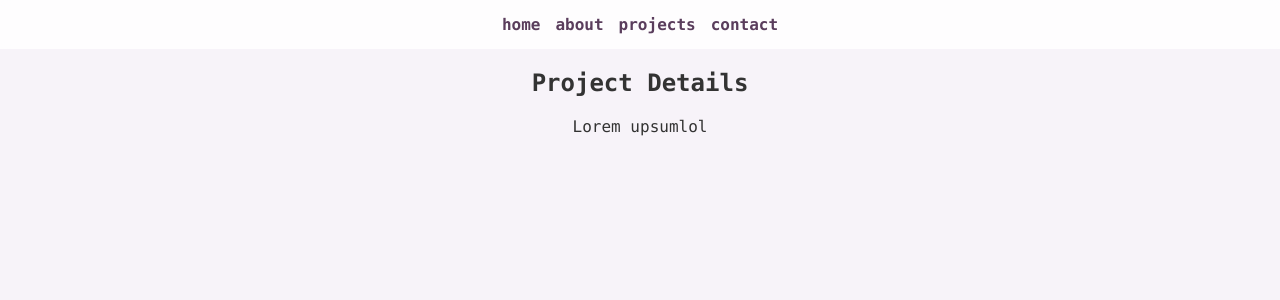
Repository: sarriah/sarriah
Page: pages/project1.html
The author's editor kept a copy of each file at every save. The page is drawn from the files as they stood at one save, then again after the next save.
The browser window is 1280 px wide. The pictures show the whole page.

Above is the page before, as saved 2026-05-15 19:37:03.

After the next save:
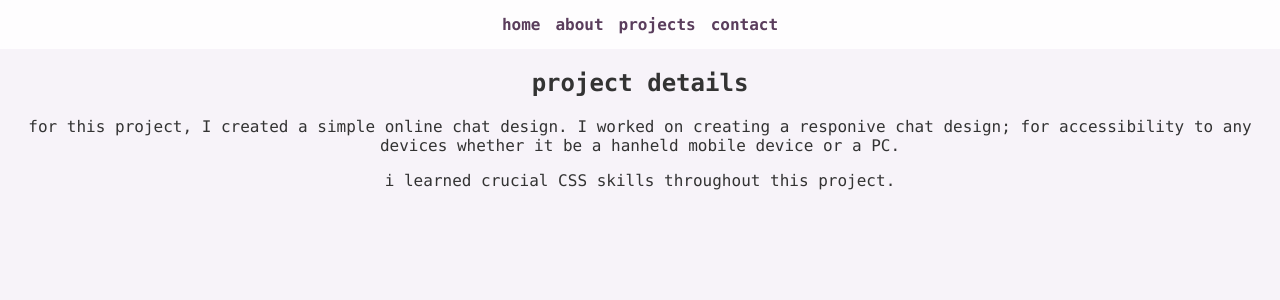
Saved 6 min 21 s later.
--- a/pages/project1.html
+++ b/pages/project1.html
@@ -57,8 +57,10 @@ nav {
         <a class="navBar" href="README.md">contact</a>
     </nav>
 
-    <H2>Project Details</H2>
-    <p>Lorem upsumlol</p>
+    <H2>project details</H2>
+    <p>for this project, I created a simple online chat design. I worked on creating a responive chat design; for accessibility to any devices whether it be a hanheld mobile device or a PC.</p>
+
+    <p>i learned crucial CSS skills throughout this project.</p>
 
 </body>
 </html>
